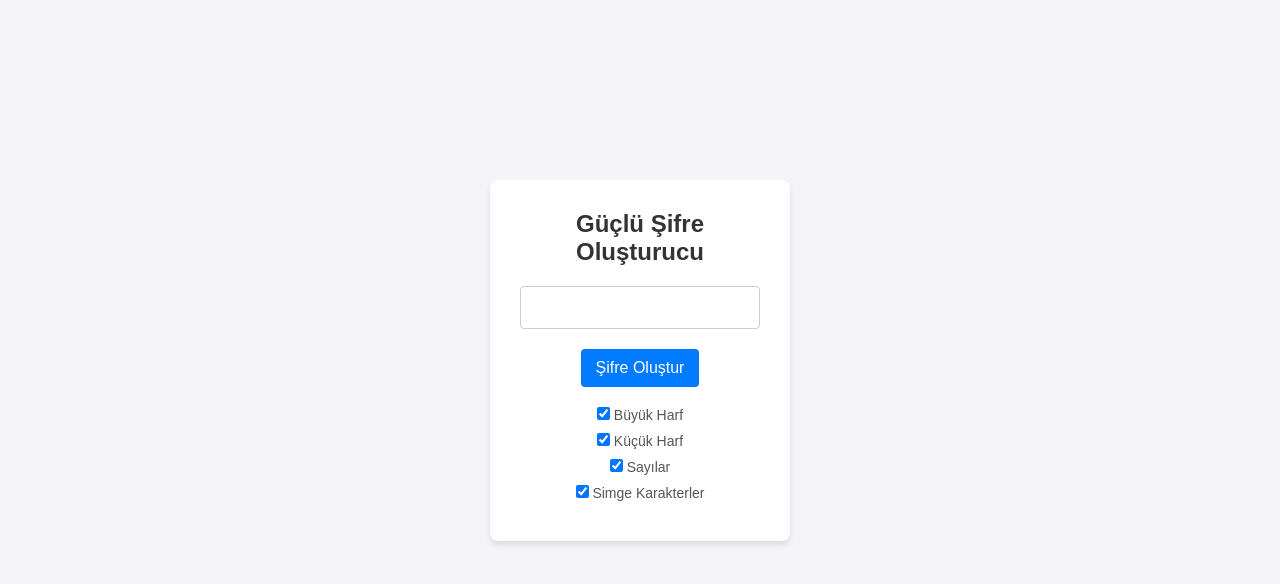
Repository: ferhadsultan98/pass-generator
Page: pass.html
The author's editor kept a copy of each file at every save. The page is drawn from the files as they stood at one save, then again after the next save.
The browser window is 1280 px wide. The pictures show the whole page.

Above is the page before, as saved 2025-03-04 11:58:56.

After the next save:
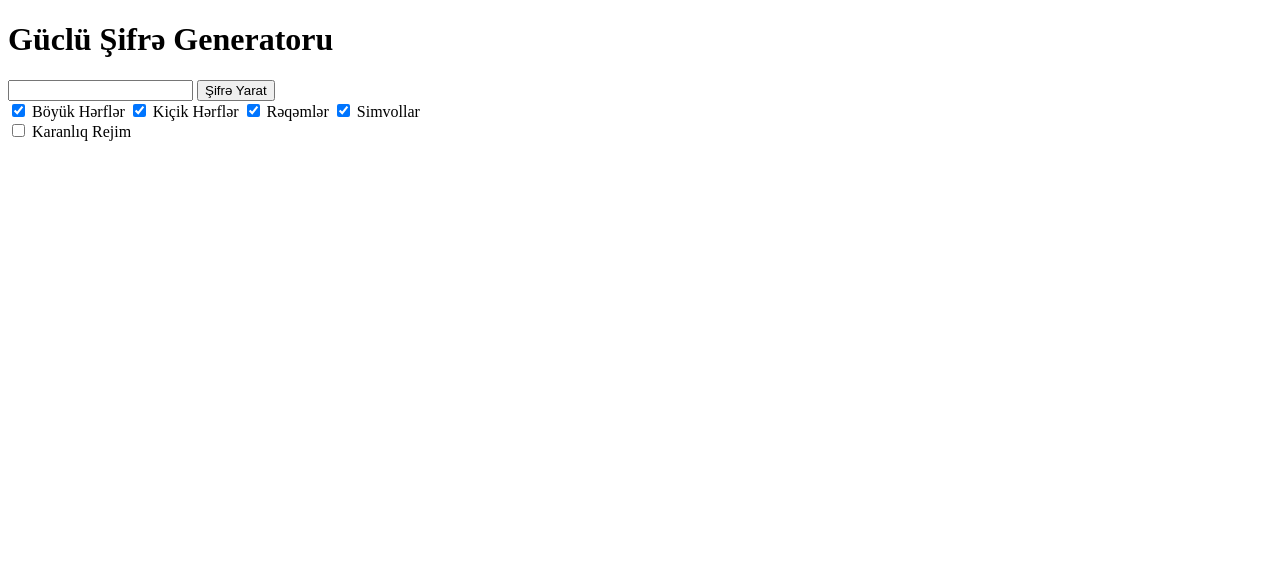
Not found: script.js
Not found: styles.css
Saved 68 s later.
--- a/pass.html
+++ b/pass.html
@@ -1,127 +1,44 @@
 <!DOCTYPE html>
-<html lang="tr">
+<html lang="az">
 <head>
   <meta charset="UTF-8">
   <meta name="viewport" content="width=device-width, initial-scale=1.0">
-  <title>Güçlü Şifre Oluşturucu</title>
-<style>
-    * {
-  margin: 0;
-  padding: 0;
-  box-sizing: border-box;
-}
-
-body {
-  font-family: Arial, sans-serif;
-  background-color: #f4f4f9;
-  display: flex;
-  justify-content: center;
-  align-items: center;
-  height: 100vh;
-}
-
-.container {
-  background-color: #fff;
-  padding: 30px;
-  border-radius: 8px;
-  box-shadow: 0 4px 6px rgba(0, 0, 0, 0.1);
-  text-align: center;
-  width: 300px;
-}
-
-h1 {
-  margin-bottom: 20px;
-  font-size: 24px;
-  color: #333;
-}
-
-#password {
-  width: 100%;
-  padding: 10px;
-  font-size: 18px;
-  margin-bottom: 20px;
-  border: 1px solid #ccc;
-  border-radius: 4px;
-}
-
-button {
-  padding: 10px 15px;
-  font-size: 16px;
-  background-color: #007bff;
-  color: white;
-  border: none;
-  border-radius: 4px;
-  cursor: pointer;
-}
-
-button:hover {
-  background-color: #0056b3;
-}
-
-.options {
-  margin-top: 20px;
-}
-
-label {
-  display: block;
-  margin-bottom: 10px;
-  font-size: 14px;
-  color: #555;
-}
-
-</style>
+  <title>Güclü Şifrə Generatoru</title>
+  <link rel="stylesheet" href="styles.css">
 </head>
 <body>
   <div class="container">
-    <h1>Güçlü Şifre Oluşturucu</h1>
+    <h1>Güclü Şifrə Generatoru</h1>
     <input type="text" id="password" readonly>
-    <button onclick="generatePassword()">Şifre Oluştur</button>
+    <button onclick="generatePassword()">Şifrə Yarat</button>
+
     <div class="options">
       <label>
         <input type="checkbox" id="includeUppercase" checked>
-        Büyük Harf
+        Böyük Hərflər
       </label>
       <label>
         <input type="checkbox" id="includeLowercase" checked>
-        Küçük Harf
+        Kiçik Hərflər
       </label>
       <label>
         <input type="checkbox" id="includeNumbers" checked>
-        Sayılar
+        Rəqəmlər
       </label>
       <label>
         <input type="checkbox" id="includeSymbols" checked>
-        Simge Karakterler
+        Simvollar
+      </label>
+    </div>
+
+    <div class="theme-switch">
+      <label>
+        <input type="checkbox" id="themeToggle" onchange="toggleTheme()">
+        Karanlıq Rejim
       </label>
     </div>
   </div>
-<script>
-    function generatePassword() {
-  const length = 12; // Şifrenin uzunluğu
-  const includeUppercase = document.getElementById('includeUppercase').checked;
-  const includeLowercase = document.getElementById('includeLowercase').checked;
-  const includeNumbers = document.getElementById('includeNumbers').checked;
-  const includeSymbols = document.getElementById('includeSymbols').checked;
 
-  let characters = '';
-  if (includeUppercase) characters += 'ABCDEFGHIJKLMNOPQRSTUVWXYZ';
-  if (includeLowercase) characters += 'abcdefghijklmnopqrstuvwxyz';
-  if (includeNumbers) characters += '0123456789';
-  if (includeSymbols) characters += '!@#$%^&*()-_=+[]{}|;:,.<>?/';
-
-  if (characters === '') {
-    alert('En az bir seçenek seçmelisiniz!');
-    return;
-  }
-
-  let password = '';
-  for (let i = 0; i < length; i++) {
-    password += characters.charAt(Math.floor(Math.random() * characters.length));
-  }
-
-  document.getElementById('password').value = password;
-}
-
-</script>
+  <script src="script.js"></script>
 </body>
 </html>
